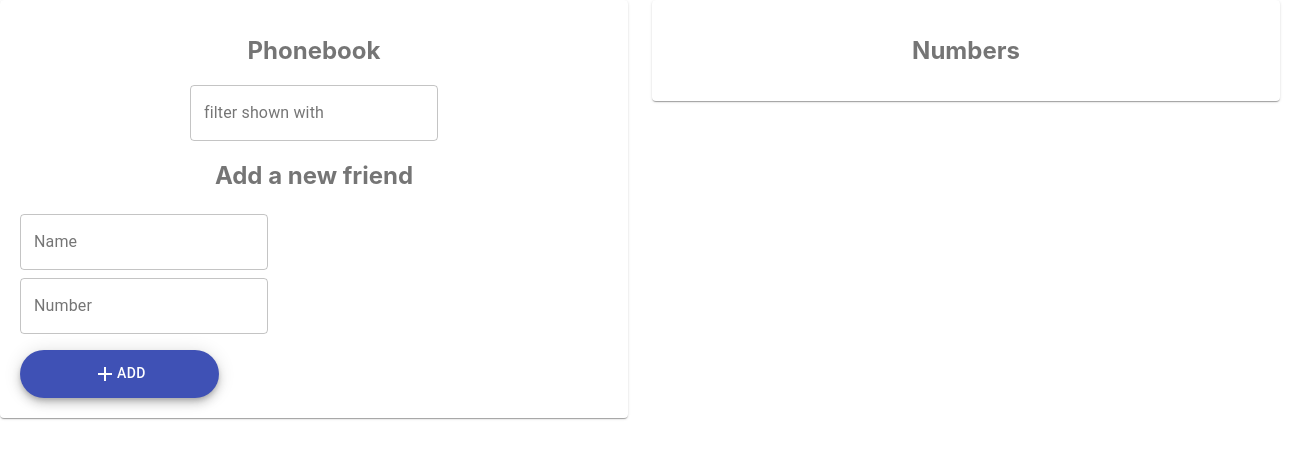
Repository: StacyLafume/phone-book
Page: / (app in phone-book/)
An editor plug-in stored every save of this project. The page is shown before and after the next save, followed by the edit.
The browser window is 1280 px wide. The page is 1292 px wide, then 1308 px, so the pictures cover 1308 px, including what lies to the right of the window. The pictures show the whole page.
The page's requests for data from a server got no answer. The project was rebuilt for these pictures with package versions that can differ from the ones it lists, and the page was loaded fresh each time. No one was signed in, and anything a server would have sent is missing. Also part of the build but not shown: phone-book/src/PhoneBook.js.

Above is the page before, as saved 2021-04-01 17:39:27.

After the next save:
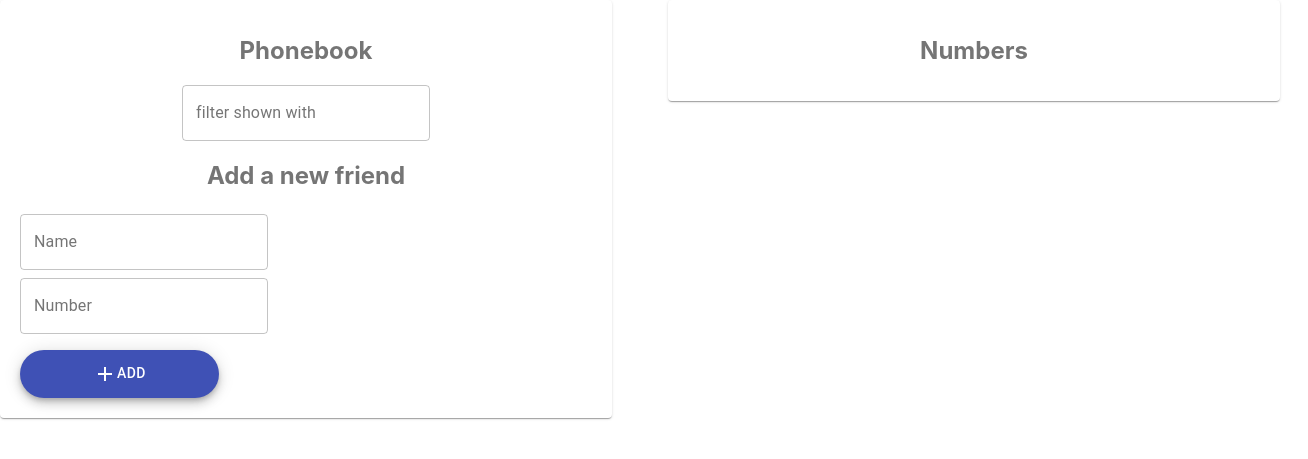
Saved 2 min 47 s later.
--- a/phone-book/src/App.js
+++ b/phone-book/src/App.js
@@ -182,7 +182,7 @@ const App = () => {
   return (
 
     <div className={classes.root}>
-      <Grid container spacing={3}>
+      <Grid container spacing={7}>
         <Grid item xs={6}>
         <Paper className={classes.paper}>
           <h2>Phonebook</h2>
